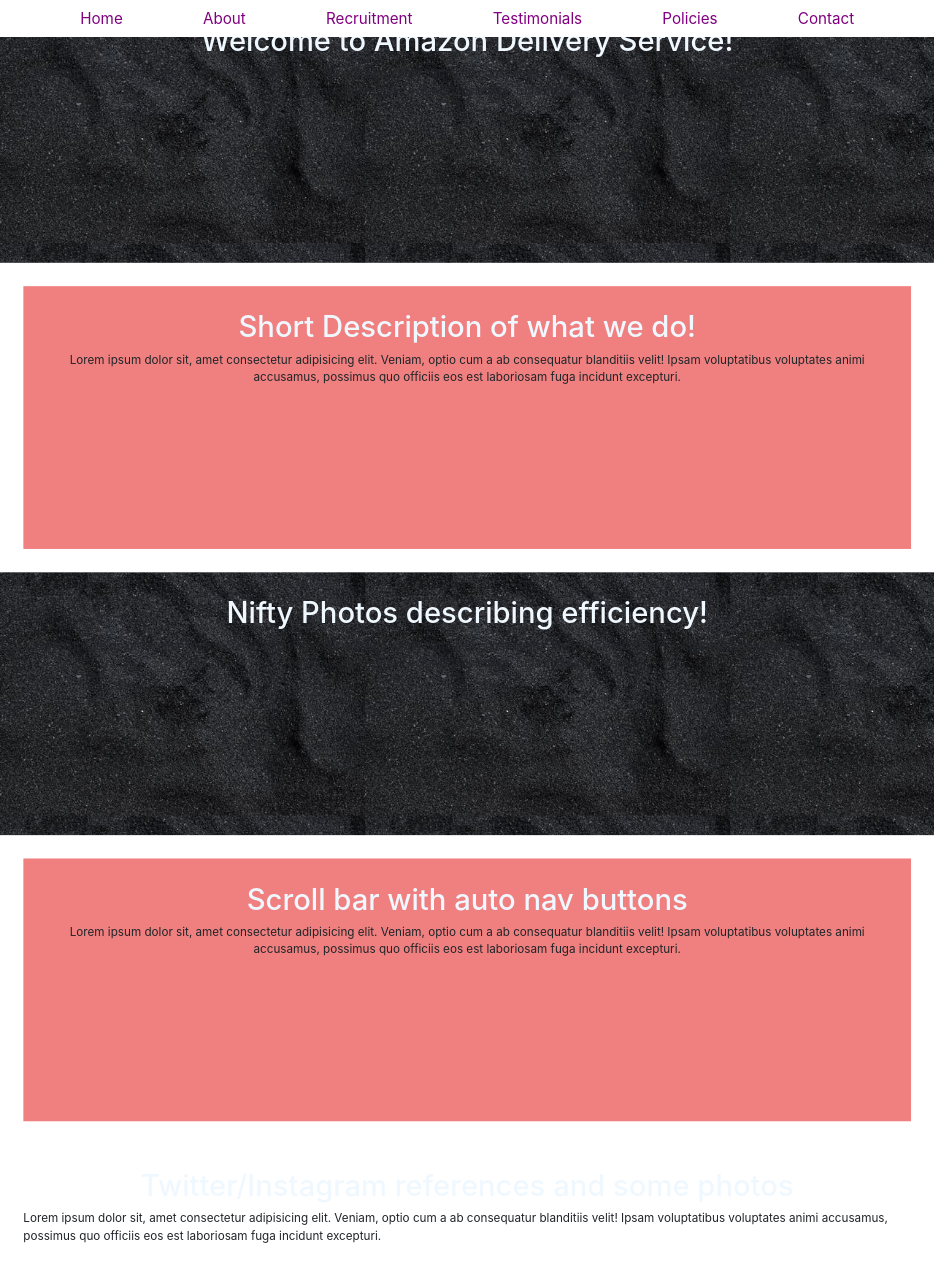
Repository: cerebrium/website
Page: /
These files come from the project's save history. The page is drawn as it stood at one moment and after the next save; the edit follows.
The browser window is 1280 px wide. The pictures show the whole page, at 73% of full size.
The project was rebuilt for these pictures with package versions that can differ from the ones it lists, and the page was loaded fresh each time. Also part of the build but not shown: src/Routes/About.jsx, src/Routes/Recruitment.jsx, src/Routes/Testimonials.jsx, src/Routes/Policies.jsx, src/Routes/Contact.jsx.

Above is the page before, as saved 2019-11-02 13:06:54.

### src/App.jsx
import React from 'react';
import './styles/App.css'
import {
  BrowserRouter as Router,
  Route,
  Link
} from 'react-router-dom';
import About from './Routes/About'
import Recruitment from './Routes/Recruitment'
import Testimonials from './Routes/Testimonials'
import Policies from './Routes/Policies'
import Home from './Routes/Home'
import Contact from './Routes/Contact'

class App extends React.Component {
  render () {
    return (
      <Router>
        <div className='mainContainer'>
          <div className='navContainer'>
            <div><Link to='/' className='nav'>Home</Link></div><div><Link to='/about' className='nav'>About</Link></div><div><Link to='/recruitment' className='nav'>Recruitment</Link></div><div><Link to='/testimonials' className='nav'>Testimonials</Link></div><div><Link to='/policies' className='nav'>Policies</Link></div><div><Link to='/contact'className='nav'>Contact</Link></div>
          </div>
          <Route exact path='/' component={Home}/>
          <Route exact path='/about' component={About}/>
          <Route exact path='/recruitment' component={Recruitment}/>
          <Route exact path='/testimonials' component={Testimonials}/>
          <Route exact path='/policies' component={Policies}/>
          <Route exact path='/contact' component={Contact}/>
        </div>
      </Router>
    )
  }
}

export default App;

### src/styles/App.css

/***************************** MAIN APP STYLING ******************************/

.App {
  text-align: center;
}

.mainContainer {
  min-width: 100vw;
}

.navContainer {
  z-index: 1;
  display: flex;
  flex-flow: row;
  align-items: center;
  justify-content: space-evenly;
  position: fixed; /* Make it stick, even on scroll */
  width: 100%;
  margin: 0;
  padding: 0;
  height: 7%;
  background: white;
}

.nav {
  text-decoration: none;
  color: purple;
  font-size: 1.3em;
}

/***************************** HOME APP STYLING ******************************/
.rowCentering {
  display: flex;
  justify-content: center;
  width: 100%;
  height: 100%;
}

.contentCentering {
  display: flex;
  align-items: flex-start;
  flex-flow: column;
  border: 5em;
  padding: 2em;
  /* margin: 5em; */
  width: 100%;
}

.contentBackground {
  height: 50vh;
  text-align: center;
  position: relative;
  width: 100%;
  background: lightcoral;
  margin: 2em;
}

.pictureBackground {
  height: 50vh;
  text-align: center;
  position: relative;
  width: 100%;
  background-image: url('./slideOne.jpeg');
}
h1 {
  color: aliceblue;
  position: relative;
  text-align: center;
  width: 100%;
}

### src/Routes/Home.jsx
import React from 'react';
import '../styles/App.css';

class Home extends React.Component {
    render () {
        return (
            <div className='mainContainer'>
                <div className='rowCentering'>
                    <div className='contentCentering pictureBackground'>
                        <h1>Welcome to Amazon Delivery Service!</h1>
                        <p>Lorem ipsum dolor sit, amet consectetur adipisicing elit. Veniam, optio cum a ab consequatur blanditiis velit! Ipsam voluptatibus voluptates animi accusamus, possimus quo officiis eos est laboriosam fuga incidunt excepturi.</p>
                    </div>
                </div>
                <div className='rowCentering'>
                    <div className='contentCentering contentBackground'>
                        <h1>Short Description of what we do!</h1>
                        <p>Lorem ipsum dolor sit, amet consectetur adipisicing elit. Veniam, optio cum a ab consequatur blanditiis velit! Ipsam voluptatibus voluptates animi accusamus, possimus quo officiis eos est laboriosam fuga incidunt excepturi.</p>
                    </div>
                </div>
                <div className='rowCentering'>
                    <div className='contentCentering pictureBackground'>
                        <h1>Nifty Photos describing efficiency!</h1>
                        <p>Lorem ipsum dolor sit, amet consectetur adipisicing elit. Veniam, optio cum a ab consequatur blanditiis velit! Ipsam voluptatibus voluptates animi accusamus, possimus quo officiis eos est laboriosam fuga incidunt excepturi.</p>
                    </div>
                </div>
                <div className='rowCentering'>
                    <div className='contentCentering contentBackground'>
                        <h1>Scroll bar with auto nav buttons</h1>
                        <p>Lorem ipsum dolor sit, amet consectetur adipisicing elit. Veniam, optio cum a ab consequatur blanditiis velit! Ipsam voluptatibus voluptates animi accusamus, possimus quo officiis eos est laboriosam fuga incidunt excepturi.</p>
                    </div>
                </div>
                <div className='rowCentering'>
                    <div className='contentCentering'>
                        <h1>Twitter/Instagram references and some photos</h1>
                        <p>Lorem ipsum dolor sit, amet consectetur adipisicing elit. Veniam, optio cum a ab consequatur blanditiis velit! Ipsam voluptatibus voluptates animi accusamus, possimus quo officiis eos est laboriosam fuga incidunt excepturi.</p>
                    </div>
                </div>
            </div>
        )
    }
}

export default Home;

Loaded but not shown: public/index.html (common file); src/index.js (common file); src/index.css (common file); src/serviceWorker.js (common file)

After the next save:
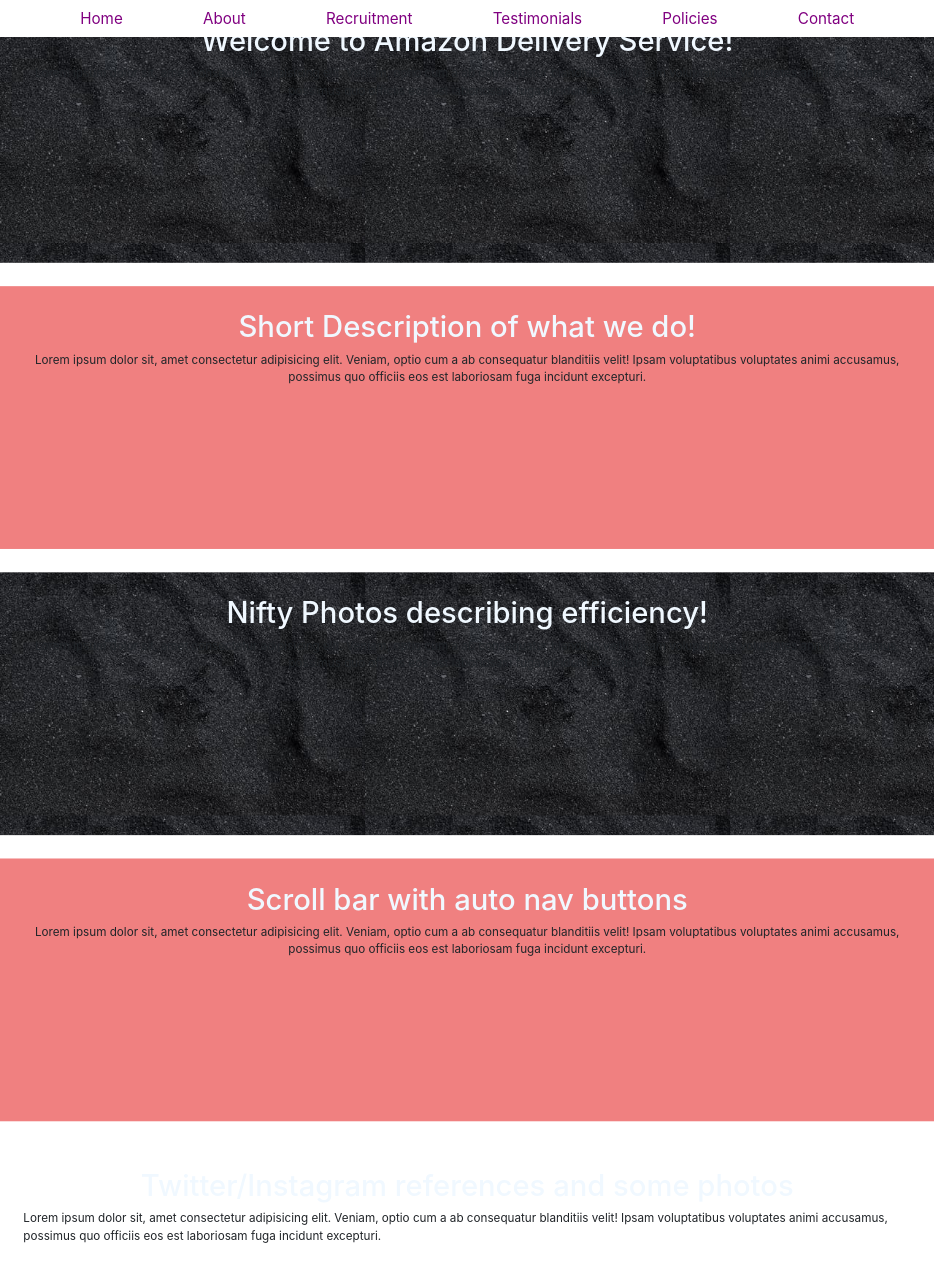
Saved 31 s later.
--- a/src/styles/App.css
+++ b/src/styles/App.css
@@ -53,7 +53,7 @@
   position: relative;
   width: 100%;
   background: lightcoral;
-  margin: 2em;
+  margin: 2em 0em;
 }
 
 .pictureBackground {
